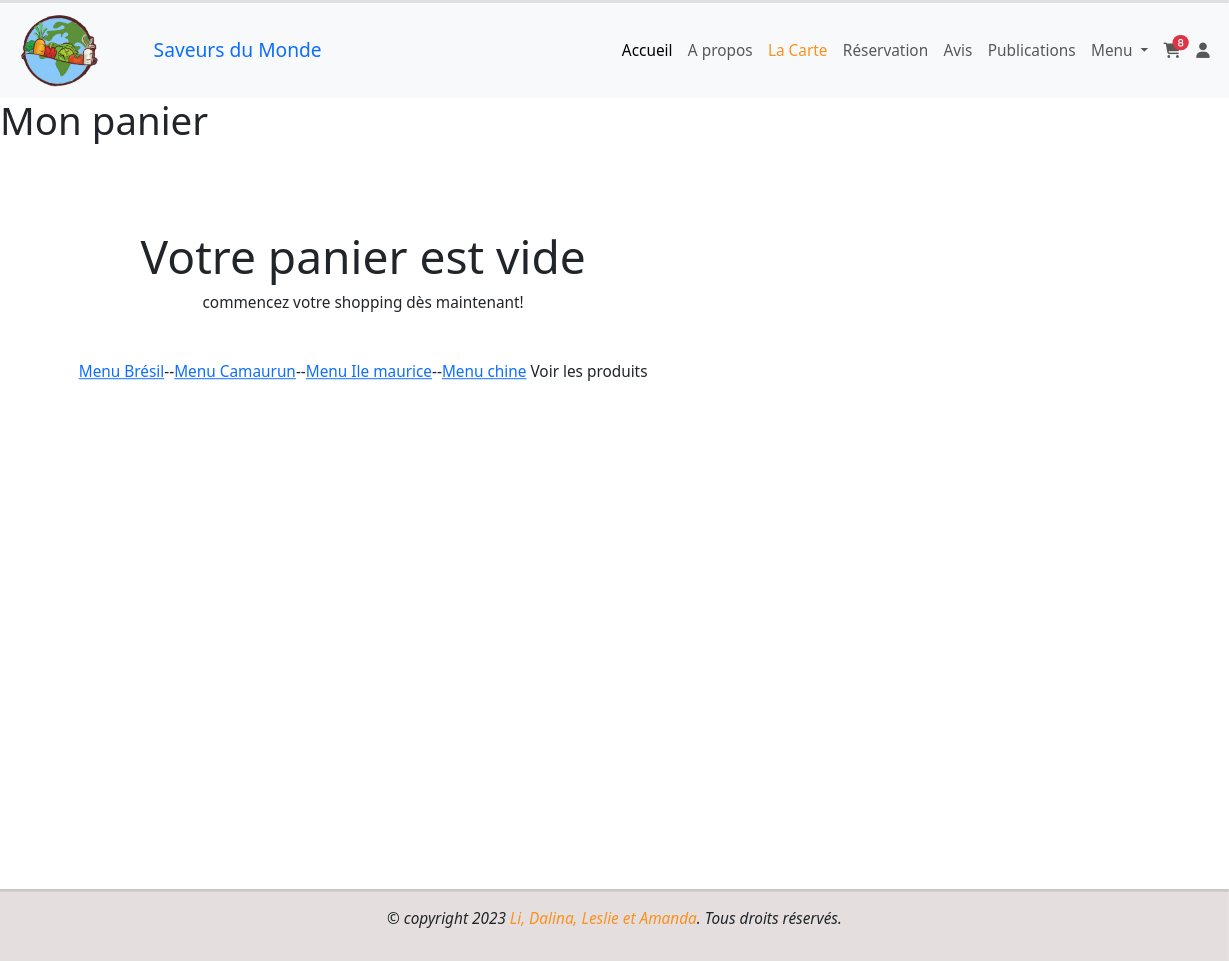
Repository: LI8538/saveur-du-monde
Page: templates/cart/index.html.twig
The author's editor kept a copy of each file at every save. The page is drawn from the files as they stood at one save, then again after a run of saves.
The browser window is 1280 px wide. The pictures show the whole page, at 96% of full size.
The page is a Twig template of a Symfony application; nobody is signed in and links lead nowhere. The template is opened directly, without the code that normally fills it, so the values that code supplies are empty.

Above is the page before, as saved 2023-09-07 05:58:49.

After the next 3 saves:
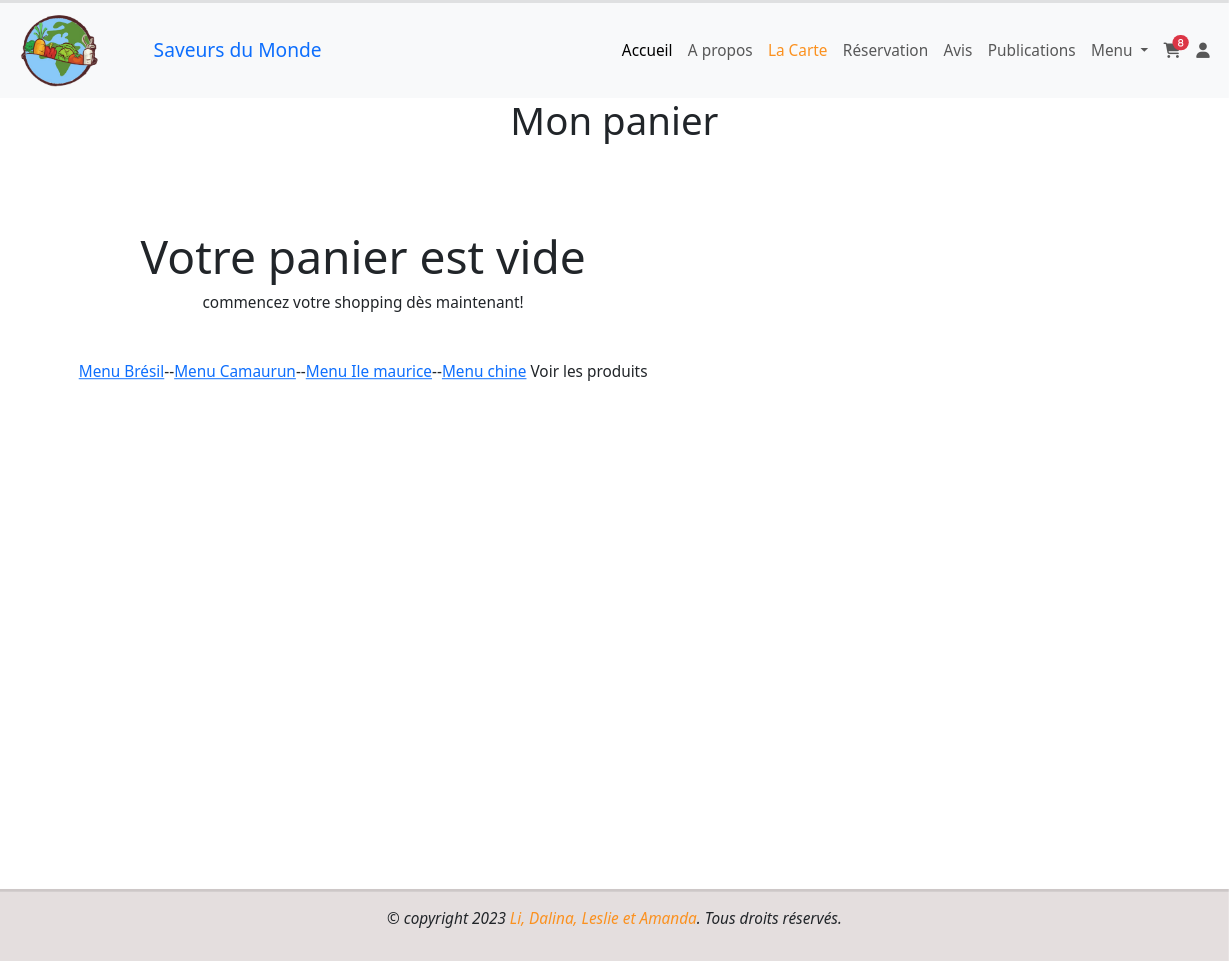
The 3 saves are shown as one change because they came seconds apart.
The last was saved 45 s later.
--- a/templates/cart/index.html.twig
+++ b/templates/cart/index.html.twig
@@ -12,7 +12,7 @@
 
 {# <p>Ajouter d'autre articles disponibles sur le site <a href="{{path('app_bresil')}}">Menu Brésil</a>--<a href="{{path('app_cameroun')}}">Menu Camaurun</a>--<a href="{{path('app_ile_maurice')}}">Menu Ile maurice</a>--<a href="{{path('app_chine')}}">Menu chine</a> </p> #}
 
-<section>
+<section class="d-flex flex-column text-center align-items-center">
 <h1>Mon panier</h1>
 {% if cart|length > 0 %}
 {% set total = null %}
